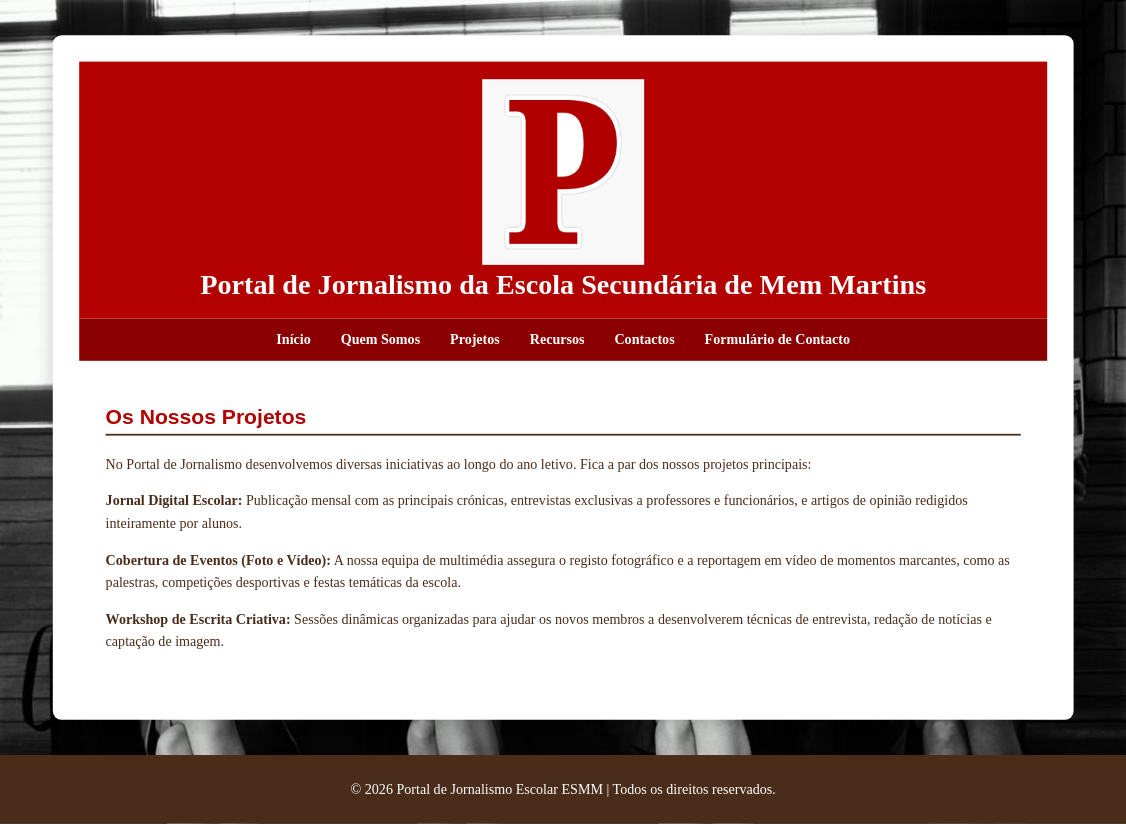
Repository: Sofiampsantos/Portal-de-Jornalismo-Escolar
Page: ProjetoProgV2/FormularioContacto/src/main/webapp/projetos.html
An editor plug-in stored every save of this project. The page is shown before and after the next save, followed by the edit.
The browser window is 1280 px wide. The pictures show the whole page, at 88% of full size.
Backgrounds fixed to the window are drawn as part of the page. Some web fonts or font styles are not loaded; a fallback is used.

Above is the page before, as saved 2026-05-23 19:07:36.

After the next save:
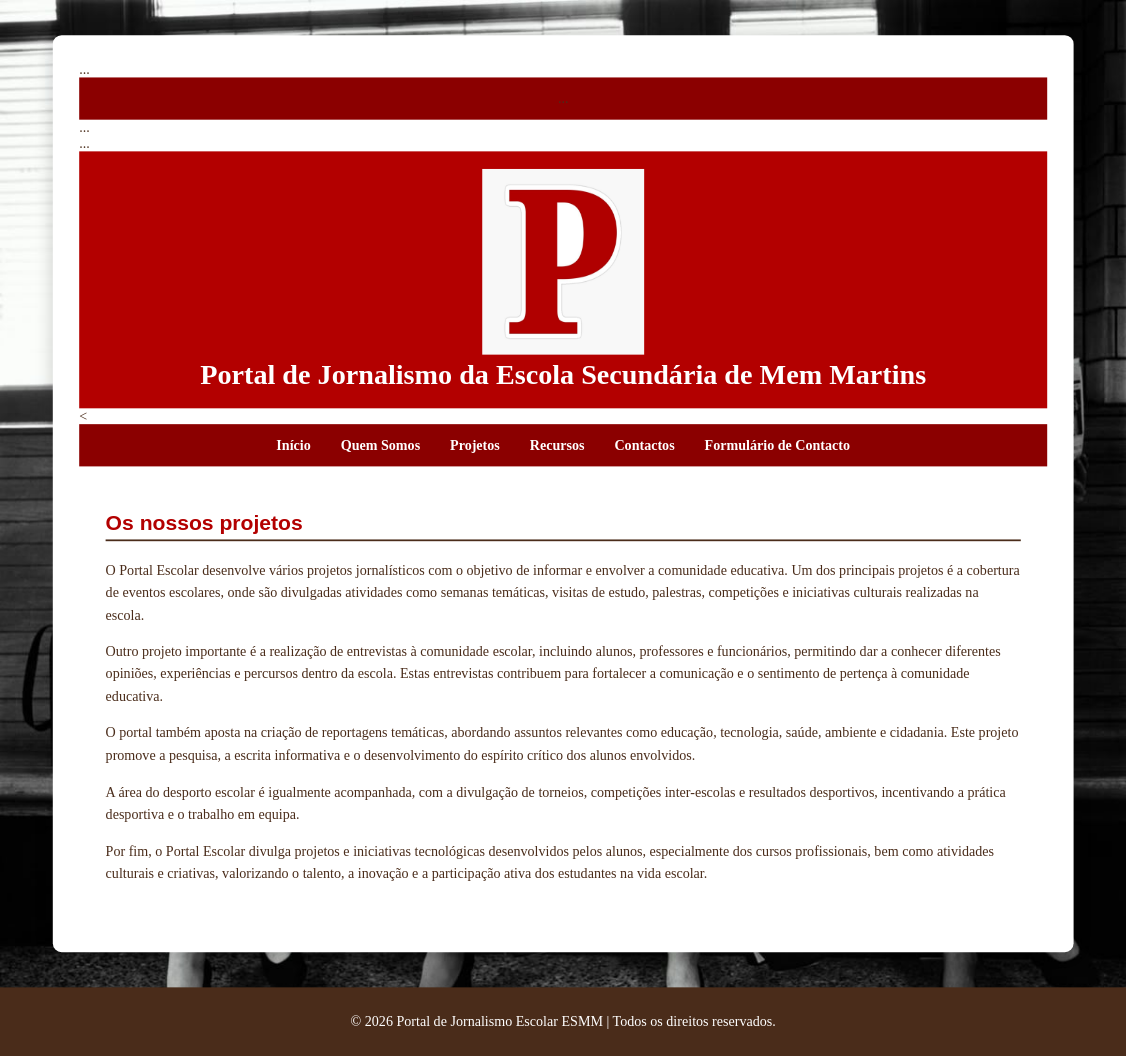
Console error: TypeError: Cannot set properties of null (setting 'innerText')
Saved 30 s later.
--- a/ProjetoProgV2/FormularioContacto/src/main/webapp/projetos.html
+++ b/ProjetoProgV2/FormularioContacto/src/main/webapp/projetos.html
@@ -7,39 +7,71 @@
 </head>
 <body style="background-image: url('img/jornmulheres.jpg'); background-size: cover; background-repeat: no-repeat; background-attachment: fixed; background-position: center;">
 
-  <div class="container">
+ <div class="container">
 
-    <header id="topo">
-        <img alt="Fotografia do Portal de Jornalismo Escolar" src="img/logoP.jpg" style="width: 184px; height: 211px;">
-        <h1>Portal de Jornalismo da Escola Secundária de Mem Martins</h1>
-    </header>
+        <!-- tudo do teu site aqui dentro -->
+        <header>...</header>
+        <nav>...</nav>
+        <main>...</main>
+        <footer>...</footer>
 
-    <nav id="navegacao">
-        <ul>
-            <li><a href="index.html">Início</a></li>
-            <li><a href="quem_somos.html">Quem Somos</a></li>
-            <li><a href="projetos.html">Projetos</a></li>
-            <li><a href="recursos.html">Recursos</a></li>
-            <li><a href="contactos.html">Contactos</a></li>
-            <li><a href="contato.jsp">Formulário de Contacto</a></li>
-        </ul>
-    </nav>
+<body class="fundo-projetos">
 
-    <section id="conteudo">
-        <h2>Os Nossos Projetos</h2>
-        <p>No Portal de Jornalismo desenvolvemos diversas iniciativas ao longo do ano letivo. Fica a par dos nossos projetos principais:</p>
+<header id="topo">
 
-        <p><strong>Jornal Digital Escolar:</strong> Publicação mensal com as principais crónicas, entrevistas exclusivas a professores e funcionários, e artigos de opinião redigidos inteiramente por alunos.</p>
+<img alt="Fotografia do Portal de Jornalismo Escolar"
+		 		src="img/logoP.jpg" style="width: 184px; height: 211px; ">
 
-        <p><strong>Cobertura de Eventos (Foto e Vídeo):</strong> A nossa equipa de multimédia assegura o registo fotográfico e a reportagem em vídeo de momentos marcantes, como as palestras, competições desportivas e festas temáticas da escola.</p>
+	<h1>Portal de Jornalismo da Escola Secundária de
+	     Mem Martins</h1>
+</header>
 
-        <p><strong>Workshop de Escrita Criativa:</strong> Sessões dinâmicas organizadas para ajudar os novos membros a desenvolverem técnicas de entrevista, redação de notícias e captação de imagem.</p>
-    </section>
-  </div>
+<<nav id="navegacao">
+		<ul>
+			<li><a href="index.html">Início</a></li>
+			<li><a href="quem_somos.html">Quem Somos</a></li>
+			<li><a href="projetos.html">Projetos</a></li>
+			<li><a href="recursos.html">Recursos</a></li>
+			<li><a href="contactos.html">Contactos</a></li>
+			<li><a href="contato.jsp">Formulário de Contacto</a></li>
+		</ul>
+</nav>
 
-  <footer id="rodape">
-      <p>&copy; 2026 Portal de Jornalismo Escolar ESMM | Todos os direitos reservados.</p>
-  </footer>
+<section id="conteudo">
+	<h2>Os nossos projetos</h2>
+
+
+		<p>O Portal Escolar desenvolve vários projetos jornalísticos com o
+		objetivo de informar e envolver a comunidade educativa. Um dos principais
+		projetos é a cobertura de eventos escolares, onde são divulgadas atividades
+		como semanas temáticas, visitas de estudo, palestras, competições e iniciativas
+		culturais realizadas na escola.</p>
+
+		<p>Outro projeto importante é a realização de entrevistas à comunidade escolar,
+		incluindo alunos, professores e funcionários, permitindo dar a conhecer diferentes
+		opiniões, experiências e percursos dentro da escola. Estas entrevistas contribuem para
+		fortalecer a comunicação e o sentimento de pertença à comunidade educativa.</p>
+
+		<p>O portal também aposta na criação de reportagens temáticas, abordando assuntos relevantes
+		como educação, tecnologia, saúde, ambiente e cidadania. Este projeto promove a pesquisa,
+		a escrita informativa e o desenvolvimento do espírito crítico dos alunos envolvidos.</p>
+
+		<p>A área do desporto escolar é igualmente acompanhada, com a divulgação de torneios, competições
+		inter-escolas e resultados desportivos, incentivando a prática desportiva e o trabalho em equipa.</p>
+
+		<p>Por fim, o Portal Escolar divulga projetos e iniciativas tecnológicas desenvolvidos pelos alunos,
+		especialmente dos cursos profissionais, bem como atividades culturais e criativas, valorizando o
+		talento, a inovação e a participação ativa dos estudantes na vida escolar.</p>
+
+	</section>
+	</div>
+
+<footer id="rodape">
+		<p>&copy; 2026 Portal de Jornalismo Escolar ESMM | Todos os direitos
+			reservados.<p>
+	</footer>
+
+	<script src="scripts/script.js"></script>
 
 </body>
 </html>
